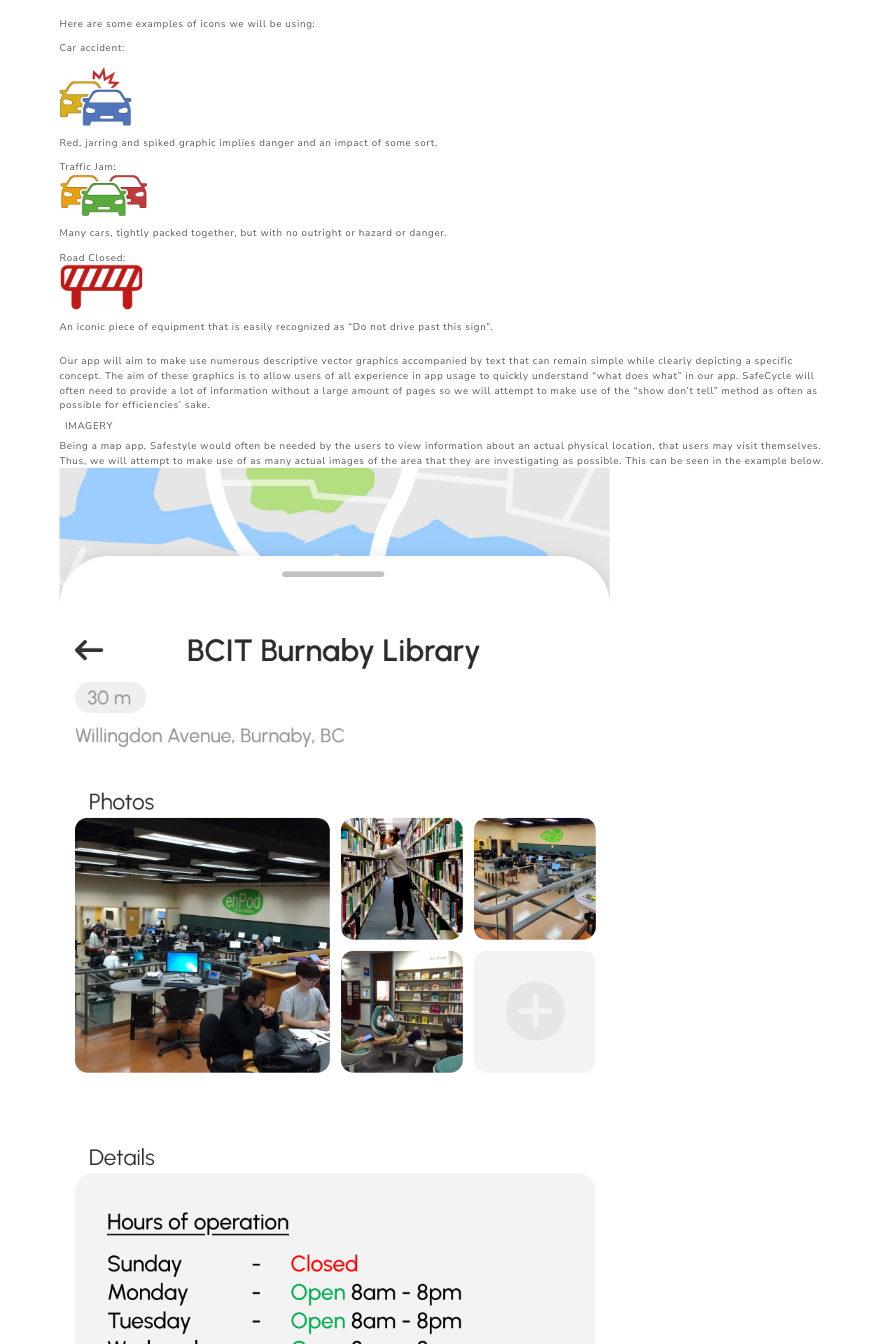
Repository: Aladdin3r/safecycle-styleguide
Page: /
These files come from the project's save history. The page is drawn as it stood at one moment and after the next save; the edit follows.
The browser window is 1280 px wide. The pictures show the part of the page from y = 2996 to 4916 px (the page is 5497 px tall before and 5511 px after), at 70% of full size.
The project was rebuilt for these pictures with package versions that can differ from the ones it lists, and the page was loaded fresh each time. The framework's server and built-in components were replaced by stand-ins that run in the browser. Also part of the build but not shown: next.config.mjs.

Above is the page before, as saved 2024-04-09 22:23:44.

After the next save:
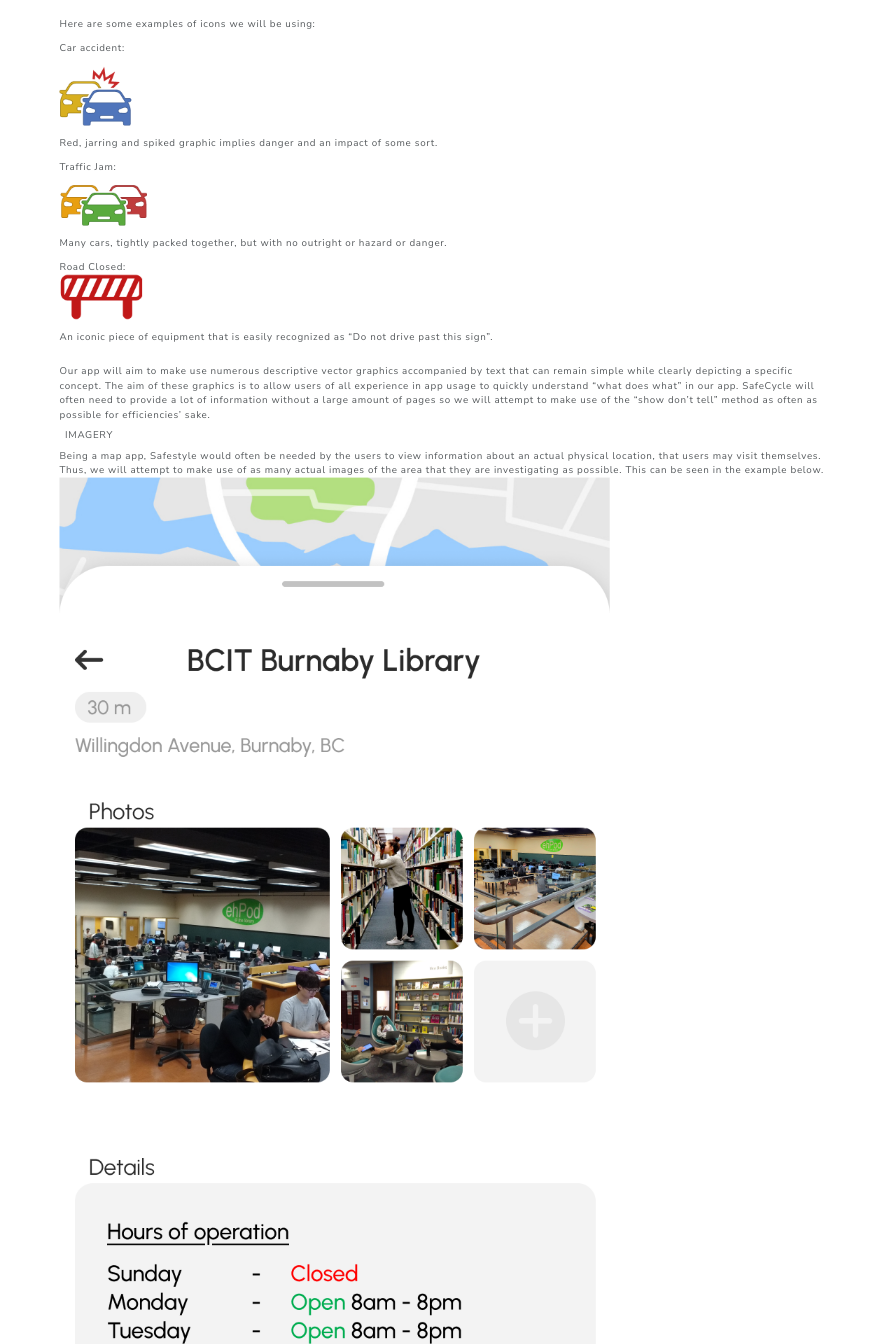
Saved 81 s later.
--- a/pages/index.js
+++ b/pages/index.js
@@ -183,10 +183,10 @@
         <img className={styles.carCrash} src="/carCrash.png" alt="Car Accident"></img>
         <div className={styles.graphicDesc}>Red, jarring and spiked graphic implies danger and an impact of some sort.</div>
         <div className={styles.graphicName}>Traffic Jam:</div>
-        <img class="traffic" src="/traffic.png" alt="Traffic"></img>
+        <img className={styles.carCrash} src="/traffic.png" alt="Traffic"></img>
         <div className={styles.graphicDesc}>Many cars, tightly packed together, but with no outright or hazard or danger.</div>
         <div className={styles.graphicName}>Road Closed:</div>
-        <img class="RoadClosed" src="/RoadClosed.png" alt="Raod Closed"></img>
+        <img className={styles.RoadClosed} src="/RoadClosed.png" alt="Raod Closed"></img>
         <div className={styles.graphicDesc}>An iconic piece of equipment that is easily recognized as “Do not drive past this sign”.</div>
         <div className={styles.graphicExpl}>Our app will aim to make use numerous descriptive vector graphics accompanied by text that can remain simple while clearly depicting a specific concept. The aim of these graphics is to allow users of all experience in app usage to quickly understand “what does what” in our app. SafeCycle will often need to provide a lot of information without a large amount of pages so we will attempt to make use of the “show don’t tell” method as often as possible for efficiencies’ sake.</div>
         <div  class="p-2">IMAGERY</div>
